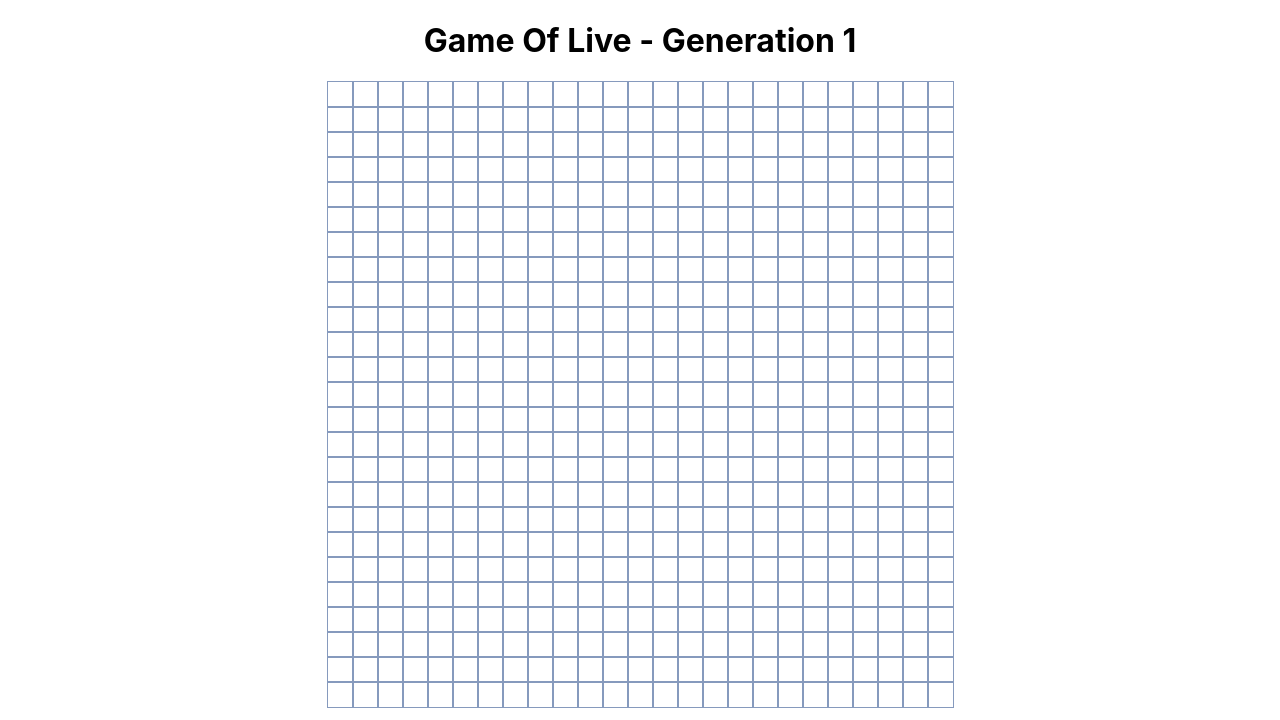
Repository: cfaguilera20/gol
Page: /
These files come from the project's save history. The page is drawn as it stood at one moment and after a run of saves; the edit follows.
The browser window is 1280 px wide. The pictures show the whole page.
The project was rebuilt for these pictures with package versions that can differ from the ones it lists, and the page was loaded fresh each time.

Above is the page before, as saved 2021-07-25 12:12:25.

### src/App.js
import './App.css';

import Board from './components/Board.jsx';

function App() {
    return (
        <div className="App">
            <Board />
        </div>
    );
}

export default App;

### src/components/Board.jsx
import React, { useState } from 'react';
import './Board.css';

const WORLD_SIZE = 25;
const WORLD_POPULATION = Math.round(WORLD_SIZE * WORLD_SIZE * 0.25);

const Board = (props) => {
    const [world, setWorld] = useState(
        createWorld(WORLD_SIZE, WORLD_POPULATION)
    );
    const [generation, setGenerarion] = useState(1);

    return (
        <>
            <h1>Game Of Live - Generation {generation}</h1>
            <div className="world">
                {world.board.map((row, rowIdx) => (
                    <div key={rowIdx} className="row">
                        {row.map((cell, cellIdx) => {
                            const className = getCellClassName(
                                cell.value,
                                world
                            );
                            return (
                                <div key={cellIdx} className={className}></div>
                            );
                        })}
                    </div>
                ))}
            </div>
        </>
    );
};

class Cell {
    constructor(world, x, y, isAlive) {
        this.world = world;
        this.x = x;
        this.y = y;
        this.isAlive = isAlive;
    }

    getNeighbors() {
        const neighbors = [];
        for (let y = 0; y < this.size; y++) {
            for (let x = 0; x < this.size; x++) {
                neighbors.push(this.world[y][x]);
            }
        }
        return neighbors;
    }

    getNeighborsAlive() {
        return this.getNeighbors().filter((cell) => cell.isAlive);
    }
}

class World {
    constructor(size, population) {
        this.size = size;
        this.currentPopulation = 0;
        this.population = population;
        this.board = [];
        this.createBoard();
    }

    createBoard() {
        for (let y = 0; y < this.size; y++) {
            this.board[y] = [];
            for (let x = 0; x < this.size; x++) {
                const isAlive = Math.round(Math.random());
                this.board[y][x] = new Cell(this, x, y, isAlive);
                this.population++;
            }
        }
    }

    getCell(x, y) {
        return this.board[y][x];
    }

    setCell(x, y, value) {
        this.board[y][x].value = value;
    }

    getNeighbors(x, y) {
        const neighbors = [];
        const neighborsIdx = [
            [1, 0],
            [-1, 0],
            [0, 1],
            [0, -1],
            [1, 1],
            [1, -1],
            [-1, 1],
            [-1, -1],
        ];
        neighborsIdx.forEach(([dx, dy]) => {
            const [nx, ny] = [x + dx, y + dy];
            if (nx >= 0 && nx < this.size && ny >= 0 && ny < this.size) {
                neighbors.push(this.board[ny][nx]);
            }
        });
        return neighbors;
    }
}

const createWorld = (WORLD_SIZE, WORLD_POPULATION) => {
    const board = new World(WORLD_SIZE, WORLD_POPULATION);
    return board;
};

const getCellClassName = (cellValue, board) => {
    let className = 'cell';
    if (cellValue === 1) {
        className = 'cell cell-red';
    }
    return className;
};

export default Board;

### src/components/Board.css
.row {
    height: 25px;
}

.cell {
    width: 25px;
    height: 25px;
    outline: 1px solid rgb(134, 154, 189);
    display: inline-block;
}

.cell-green {
    background-color: green;
}

.cell-red {
    background-color: red;
}

.cell-purple {
    background-color: purple;
}

Loaded but not shown: public/index.html (common file); src/index.js (common file); src/index.css (common file); src/reportWebVitals.js (common file); src/App.css (common file)

After the next 2 saves:
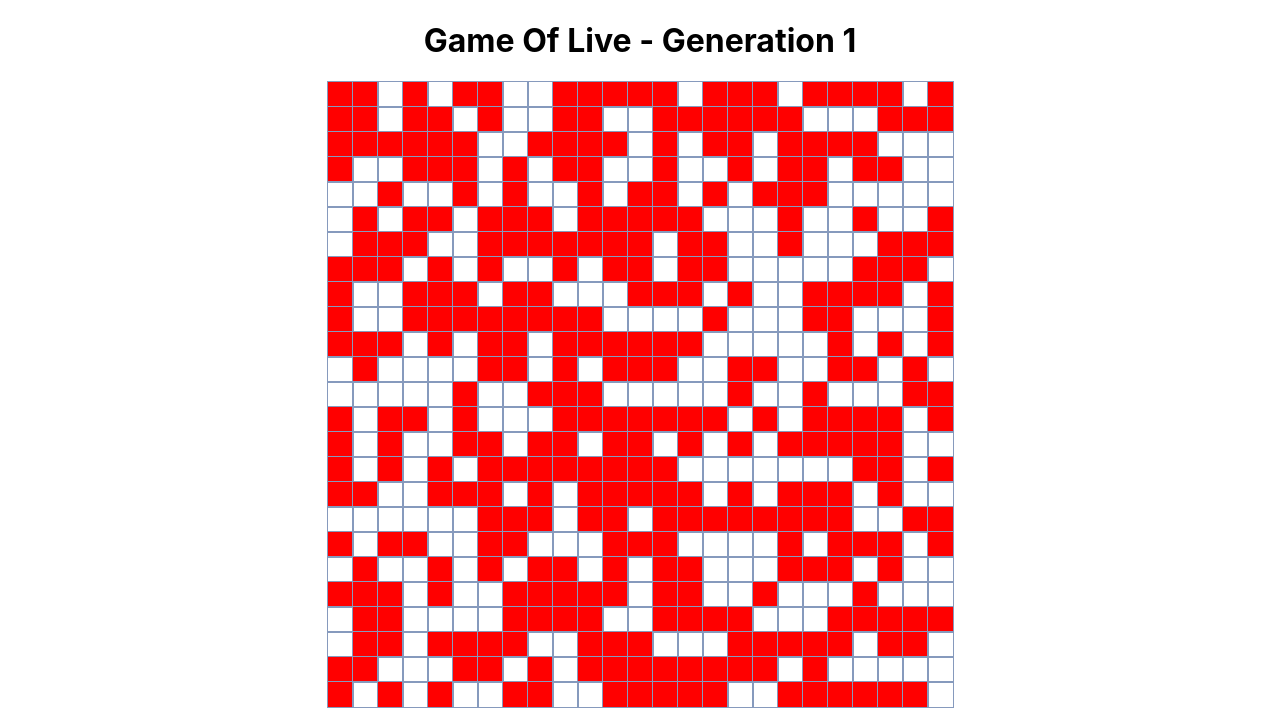
The 2 saves are shown as one change because 1 did not build or start.
The last was saved 89 s later.
--- a/src/components/Board.jsx
+++ b/src/components/Board.jsx
@@ -17,10 +17,7 @@ const Board = (props) => {
                 {world.board.map((row, rowIdx) => (
                     <div key={rowIdx} className="row">
                         {row.map((cell, cellIdx) => {
-                            const className = getCellClassName(
-                                cell.value,
-                                world
-                            );
+                            const className = cell.getColor();
                             return (
                                 <div key={cellIdx} className={className}></div>
                             );
@@ -52,6 +49,10 @@ class Cell {
 
     getNeighborsAlive() {
         return this.getNeighbors().filter((cell) => cell.isAlive);
+    }
+
+    getColor() {
+        return this.isAlive ? 'cell' : 'cell cell-red';
     }
 }
 
@@ -110,12 +111,4 @@ const createWorld = (WORLD_SIZE, WORLD_POPULATION) => {
     return board;
 };
 
-const getCellClassName = (cellValue, board) => {
-    let className = 'cell';
-    if (cellValue === 1) {
-        className = 'cell cell-red';
-    }
-    return className;
-};
-
 export default Board;
